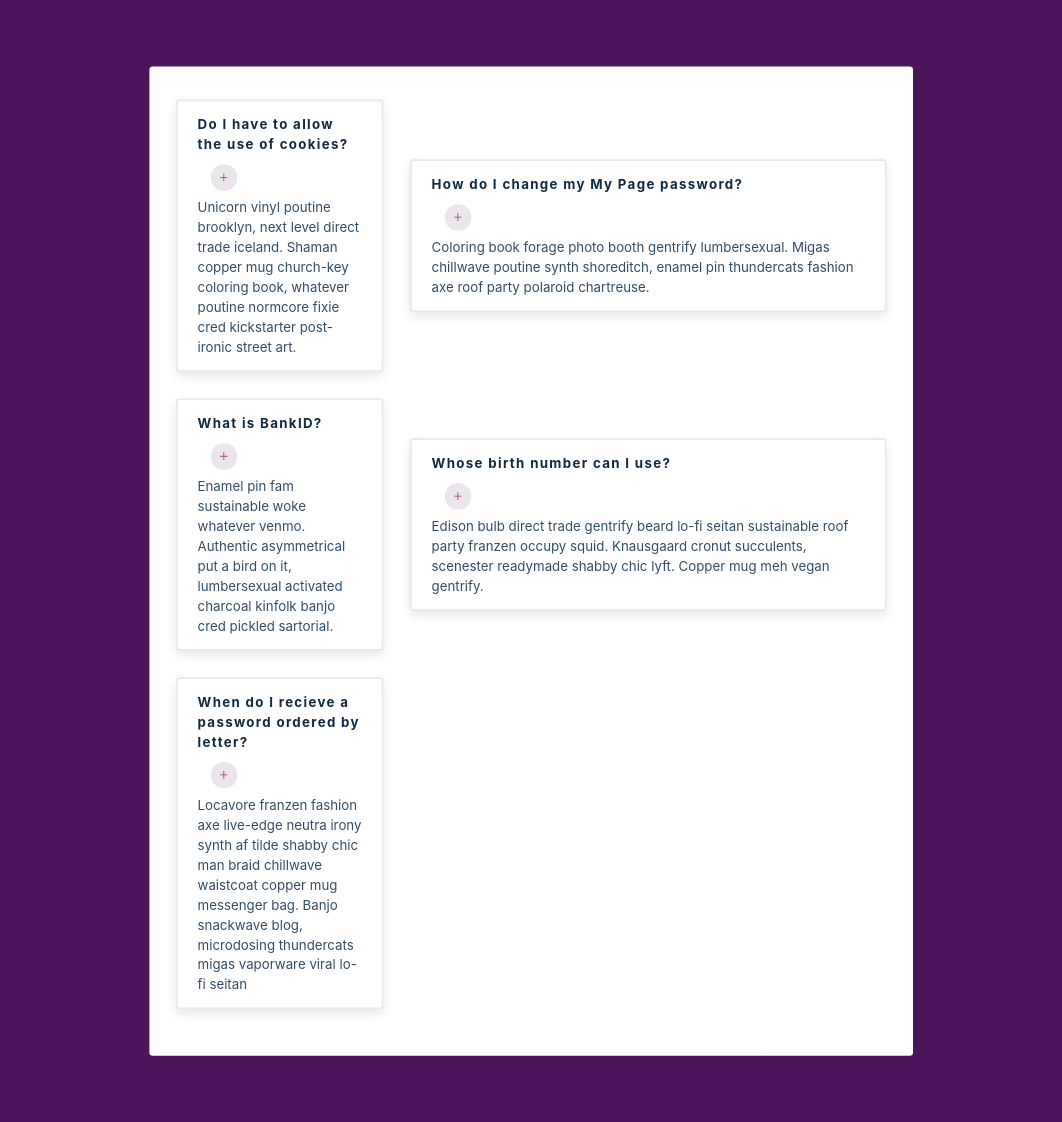
Repository: Reghanoid/Accordion
Page: /
The author's editor kept a copy of each file at every save. The page is drawn from the files as they stood at one save, then again after the next save.
The browser window is 1280 px wide. The pictures show the whole page, at 83% of full size.
The project was rebuilt for these pictures with package versions that can differ from the ones it lists, and the page was loaded fresh each time.

Above is the page before, as saved 2022-06-06 15:43:23.

### src/App.js
import React, { useState } from 'react'
import data from './data'
import SingleQuestion from './Question'
function App() {
  const question = data.map((datum) => {
    const { key, title, info } = datum
    return <SingleQuestion id={key} title={title} info={info} />
  })
  return <main className='container'>{question}</main>
}

export default App

### src/data.js
const questions = [
  {
    id: 1,
    title: 'Do I have to allow the use of cookies?',
    info:
      'Unicorn vinyl poutine brooklyn, next level direct trade iceland. Shaman copper mug church-key coloring book, whatever poutine normcore fixie cred kickstarter post-ironic street art.',
  },
  {
    id: 2,
    title: 'How do I change my My Page password?',
    info:
      'Coloring book forage photo booth gentrify lumbersexual. Migas chillwave poutine synth shoreditch, enamel pin thundercats fashion axe roof party polaroid chartreuse.',
  },
  {
    id: 3,
    title: 'What is BankID?',
    info:
      'Enamel pin fam sustainable woke whatever venmo. Authentic asymmetrical put a bird on it, lumbersexual activated charcoal kinfolk banjo cred pickled sartorial.',
  },
  {
    id: 4,
    title: 'Whose birth number can I use?',
    info:
      'Edison bulb direct trade gentrify beard lo-fi seitan sustainable roof party franzen occupy squid. Knausgaard cronut succulents, scenester readymade shabby chic lyft. Copper mug meh vegan gentrify.',
  },
  {
    id: 5,
    title: 'When do I recieve a password ordered by letter?',
    info:
      'Locavore franzen fashion axe live-edge neutra irony synth af tilde shabby chic man braid chillwave waistcoat copper mug messenger bag. Banjo snackwave blog, microdosing thundercats migas vaporware viral lo-fi seitan ',
  },
]
export default questions

### src/Question.js
import React, { useState } from 'react'
import { AiOutlineMinus, AiOutlinePlus } from 'react-icons/ai'
const Question = (props) => {
  const [expandText, setExpandText] = useState(false)

  const toggleInfo = () => {
    alert('working')
  }

  return (
    <>
      <section className='question'>
        <h4> {props.title} </h4>
        <button className='btn' onClick={toggleInfo}>
          <AiOutlinePlus />
        </button>
        <p style={{ display: '' }}> {props.info} </p>
      </section>
    </>
  )
}

export default Question

Loaded but not shown: public/index.html (common file); src/index.js (common file); src/index.css (common file)

After the next save:
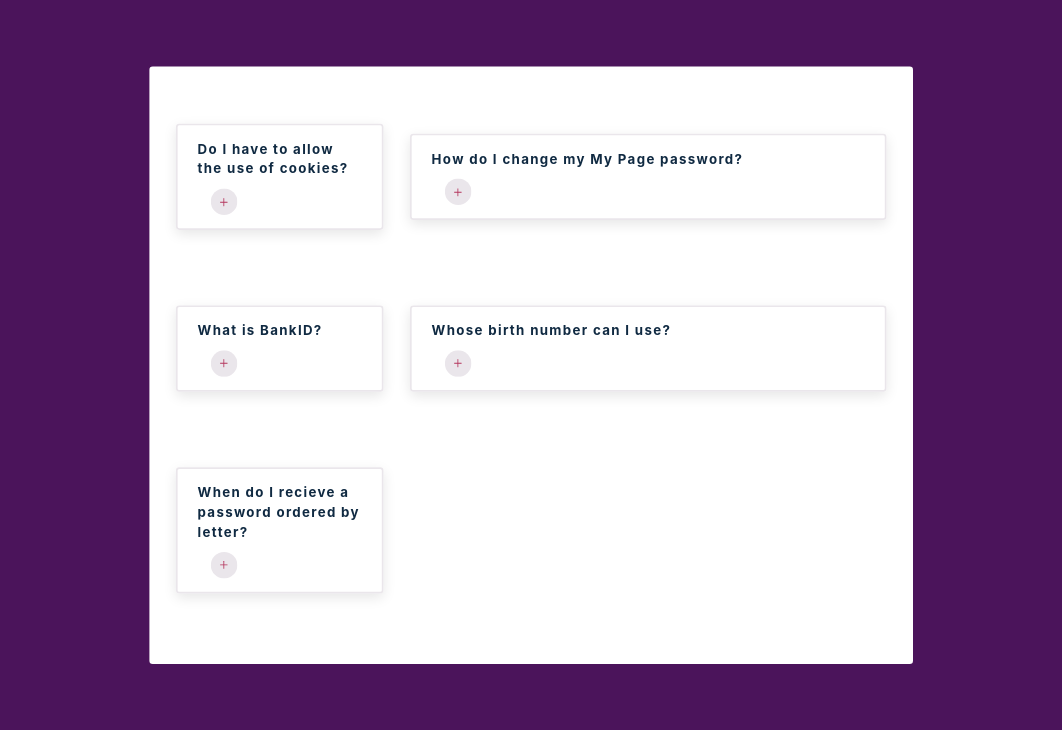
Saved 88 s later.
--- a/src/Question.js
+++ b/src/Question.js
@@ -14,7 +14,7 @@ const Question = (props) => {
         <button className='btn' onClick={toggleInfo}>
           <AiOutlinePlus />
         </button>
-        <p style={{ display: '' }}> {props.info} </p>
+        <p style={{ display: 'none' }}> {props.info} </p>
       </section>
     </>
   )
